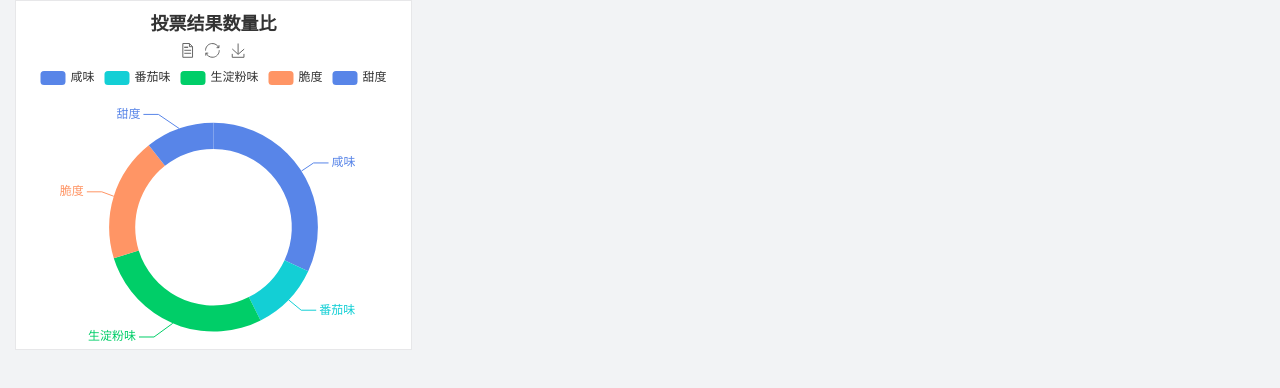
Repository: R1Deemo/vote_system
Page: web/home/results.html
An editor plug-in stored every save of this project. The page is shown before and after the next save, followed by the edit.
The browser window is 1280 px wide. The pictures show the whole page.

Above is the page before, as saved 2022-11-07 09:55:41.

### web/home/results.html
<!DOCTYPE html>
<html lang="en">

<head>
    <meta charset="UTF-8">
    <meta http-equiv="X-UA-Compatible" content="IE=edge">
    <meta name="viewport" content="width=device-width, initial-scale=1.0">
    <title>Document</title>
    <link rel="stylesheet" href="../../web/assets/lib/bootstrap.css" />
    <link rel="stylesheet" href="../../web/assets/lib/main.css" />
    <script src="../../web/assets/lib/jquery.js"></script>
    <script type="text/javascript" src="../../web/assets/lib/echarts.min.js"></script>
</head>

<body>
    <div class="container-fluid">
        <div class="row curve-pie">

            <div class="col-lg-4 col-md-4">
                <div class="gragh_pannel" id="pie_show"></div>
            </div>
        </div>
    </div>
    <script>
        var oPie = echarts.init(document.getElementById('pie_show'));
        var oPieopt = {
            title: {
                top: 10,
                text: '投票结果数量比',
                x: 'center'
            },
            tooltip: {
                trigger: 'item',
                formatter: "{a} <br/>{b} : {c} ({d}%)"
            },
            color: ['#5885e8', '#13cfd5', '#00ce68', '#ff9565'],
            legend: {
                x: 'center',
                top: 65,
                data: ['咸味', '番茄味', '生淀粉味', '脆度', '甜度']
            },
            toolbox: {
                show: true,
                x: 'center',
                top: 35,
                feature: {
                    mark: {
                        show: true
                    },
                    dataView: {
                        show: true,
                        readOnly: false
                    },
                    magicType: {
                        show: true,
                        type: ['pie', 'funnel'],
                        option: {
                            funnel: {
                                x: '25%',
                                width: '50%',
                                funnelAlign: 'left',
                                max: 1548
                            }
                        }
                    },
                    restore: {
                        show: true
                    },
                    saveAsImage: {
                        show: true
                    }
                }
            },
            calculable: true,
            series: [{

                name: '访问来源',
                type: 'pie',
                radius: ['45%', '60%'],
                center: ['50%', '65%'],
                data: [{
                    value: 300,
                    name: '咸味'
                }, {
                    value: 100,
                    name: '番茄味'
                }, {
                    value: 260,
                    name: '生淀粉味'
                }, {
                    value: 180,
                    name: '脆度'
                }, {
                    value: 100,
                    name: '甜度'
                }]
            }]
        };
        oPie.setOption(oPieopt);
    </script>
</body>

</html>

Loaded but not shown: web/assets/lib/bootstrap.css (library); web/assets/lib/main.css (library); web/assets/lib/jquery.js (library); web/assets/lib/echarts.min.js (library)

After the next save:
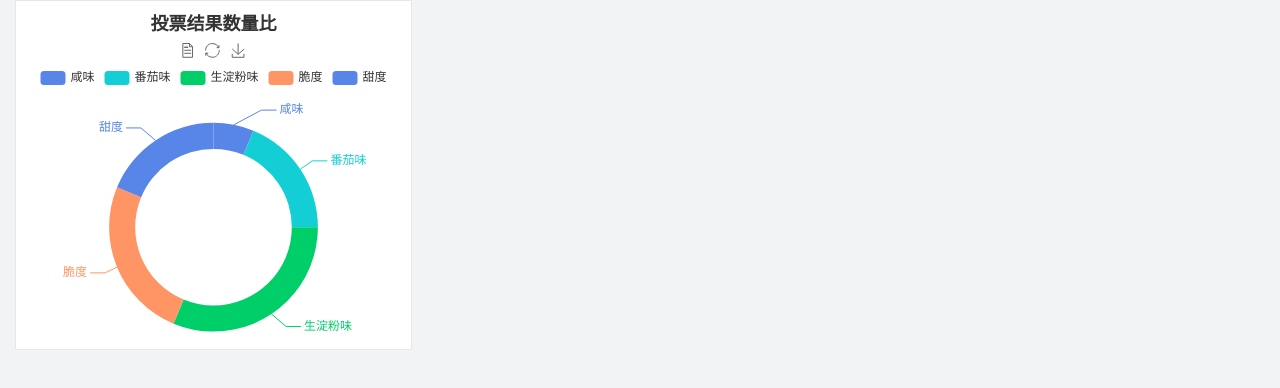
Saved 22 s later.
--- a/web/home/results.html
+++ b/web/home/results.html
@@ -79,19 +79,19 @@
                 radius: ['45%', '60%'],
                 center: ['50%', '65%'],
                 data: [{
-                    value: 300,
+                    value: 1,
                     name: '咸味'
                 }, {
-                    value: 100,
+                    value: 3,
                     name: '番茄味'
                 }, {
-                    value: 260,
+                    value: 5,
                     name: '生淀粉味'
                 }, {
-                    value: 180,
+                    value: 4,
                     name: '脆度'
                 }, {
-                    value: 100,
+                    value: 3,
                     name: '甜度'
                 }]
             }]
